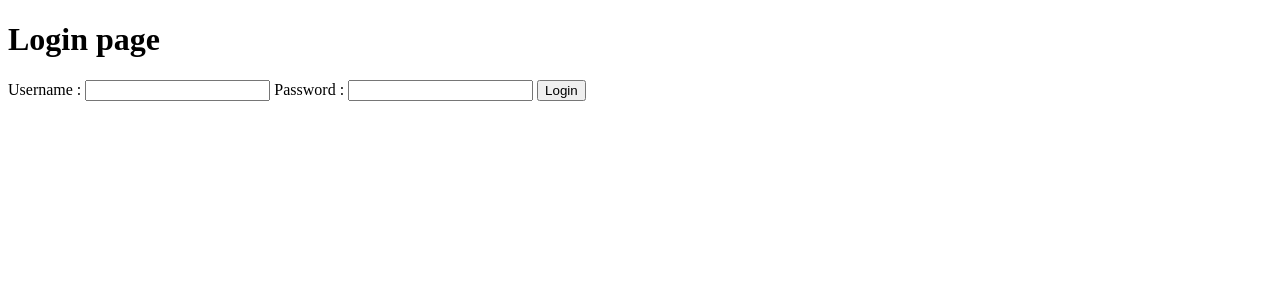
Repository: Gagan7259/Library_management
Page: http://localhost/Library_management/Login.jsp
The author's editor kept a copy of each file at every save. The page is drawn from the files as they stood at one save, then again after the next save.
The browser window is 1280 px wide. The pictures show the whole page.
The page is served by Tomcat 9. Other server files are loaded and not shown.

Above is the page before, as saved 2025-07-17 05:51:25.

### Library_management/src/main/webapp/Login.jsp
<%@ page language="java" contentType="text/html; charset=UTF-8"
	pageEncoding="UTF-8"%>
<!DOCTYPE html>
<html>
<head>
<meta charset="UTF-8">
<title>Login Here</title>
</head>
<body>
	<h1>Login page</h1>

	<form action="">
		Username : <input type="text" name="uname"> Password : <input
			type="password" name="pass">
		<button type="submit">Login</button>
	</form>
</body>
</html>

After the next save:
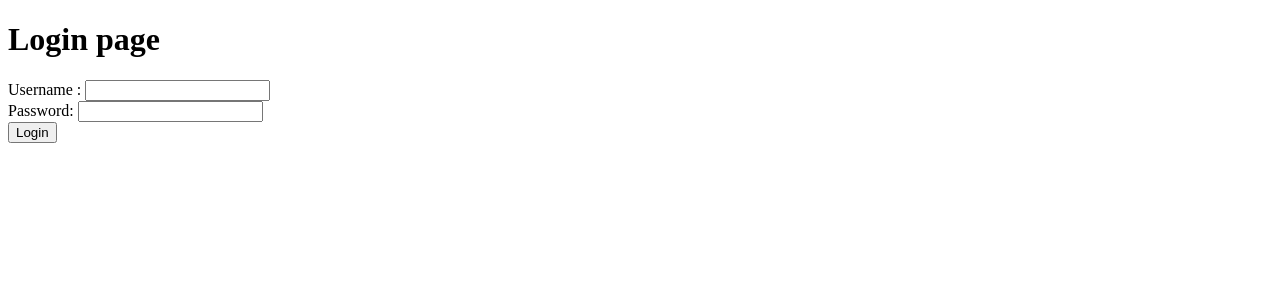
Saved 46 s later.
--- a/Library_management/src/main/webapp/Login.jsp
+++ b/Library_management/src/main/webapp/Login.jsp
@@ -10,8 +10,8 @@
 	<h1>Login page</h1>
 
 	<form action="">
-		Username : <input type="text" name="uname"> Password : <input
-			type="password" name="pass">
+		Username : <input type="text" name="uname"><br>
+		 Password: <input type="password" name="pass"><br>
 		<button type="submit">Login</button>
 	</form>
 </body>
